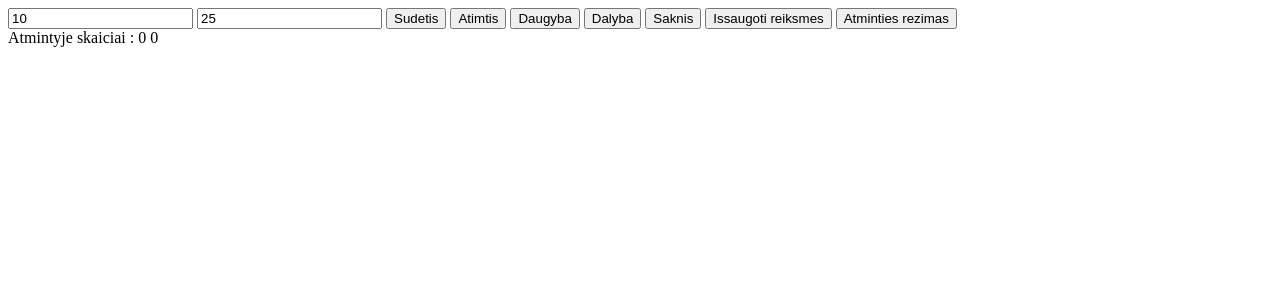
Repository: motiejus1/25-paskaita-05.31
Page: index.html
These files come from the project's save history. The page is drawn as it stood at one moment and after the next save; the edit follows.
The browser window is 1280 px wide. The pictures show the whole page.

Above is the page before, as saved 2021-07-13 19:36:07.

### index.html
<!DOCTYPE html>
<html lang="en">
<head>
    <meta charset="UTF-8">
    <meta http-equiv="X-UA-Compatible" content="IE=edge">
    <meta name="viewport" content="width=device-width, initial-scale=1.0">
    <title>25 paskaita</title>
</head>
<body>

    <input type="text" id="sk" name="sk" value="10">
    <input type="text" id="sk1" name="sk1" value="25">

    <button id="sudetis">Sudetis</button>
    <button id="atimtis">Atimtis</button>
    <button id="daugyba">Daugyba</button>
    <button id="dalyba">Dalyba</button>
    <button id="saknis">Saknis</button>
    <button id="issaugok">Issaugoti reiksmes</button>
    <button id="atmintis">Atminties rezimas</button>

    <div id="rezultatas">

    </div>

    <div id="skaiciai-atmintyje">
        Atmintyje skaiciai : 0 0 <br>
    </div>

    <div id="statusas">

    </div>

    <script>
    "use strict";

    //Skaiciuotuvas, kuris gali atimti, sudeti, sudauginti, padalinti, istraukti sakni
    // Jis turi atminti
    //Ka daryti norint atlikti veiksma ne su ivestais skaiciais, o esanciais atmintyje?

    //Susikurti naujus metodus: sudetis -> sudetisAtmintis

    // rezimas.
    // rezimas reiksmes gali buti tiesa arba melas
    // jeigu tiesa - skaiciuotuvas veikia iprastai
    // jeigu melas - skaiciuotuvas ima reiksmes is atminties

    //Susikurti objekta

    var skaiciuotuvas = {
        a: 0, //paimti is input
        b: 0, //paimti is input
        rezultatas: 0,
        rezimas: true,

        sudetis: function(sk, sk1) {
            if(this.rezimas == true) {
                this.rezultatas = sk + sk1;
            } else {
                this.rezultatas = this.a + this.b;
            }
            return this.rezultatas;
        },

        sudetisAtmintis: function() {
            this.rezultatas = this.a + this.b;
            return this.rezultatas;
        },

        atimtis: function(sk, sk1) {
            if(this.rezimas == true) {
                this.rezultatas = sk - sk1;
            } else {
                this.rezultatas = this.a - this.b;
            }
            return this.rezultatas;
        },
        sandauga: function(sk, sk1) {
            if(this.rezimas == true) {
                this.rezultatas = sk * sk1;
            } else {
                this.rezultatas = this.a * this.b;
            }
            return this.rezultatas;
        },
        dalyba: function(sk, sk1) {
            if(this.rezimas == true) {
                this.rezultatas = sk / sk1;
            } else {
                this.rezultatas = this.a / this.b;
            }
            return this.rezultatas;
        },
        saknis: function(sk, sk1) {
            if(this.rezimas == true) {
                this.rezultatas = Math.sqrt(sk);
            } else {
                this.rezultatas = Math.sqrt(this.a);
            }
            return this.rezultatas;
        },
        issaugok: function(sk, sk1) {
            this.a = sk;
            this.b = sk1;
        },
        atmintis: function() {
            this.rezimas = !this.rezimas;

            // tiesa -> false
            //false -> tiesa
        }
    };

    document.querySelector("#sudetis").addEventListener("click", function() {
        var sk = parseFloat(document.querySelector("#sk").value);
        var sk1 = parseFloat(document.querySelector("#sk1").value);
        var isvedimoElementas = document.querySelector("#rezultatas");
        isvedimoElementas.innerHTML = skaiciuotuvas.sudetis(sk, sk1);
    });

    document.querySelector("#atimtis").addEventListener("click", function() {
        var sk = parseFloat(document.querySelector("#sk").value);
        var sk1 = parseFloat(document.querySelector("#sk1").value);
        var isvedimoElementas = document.querySelector("#rezultatas");
        isvedimoElementas.innerHTML = skaiciuotuvas.atimtis(sk, sk1);
    });

    document.querySelector("#daugyba").addEventListener("click", function() {
        var sk = parseFloat(document.querySelector("#sk").value);
        var sk1 = parseFloat(document.querySelector("#sk1").value);
        var isvedimoElementas = document.querySelector("#rezultatas");
        isvedimoElementas.innerHTML = skaiciuotuvas.sandauga(sk, sk1);
    });

    document.querySelector("#dalyba").addEventListener("click", function() {
        var sk = parseFloat(document.querySelector("#sk").value);
        var sk1 = parseFloat(document.querySelector("#sk1").value);
        var isvedimoElementas = document.querySelector("#rezultatas");
        isvedimoElementas.innerHTML = skaiciuotuvas.dalyba(sk, sk1);
    });

    document.querySelector("#saknis").addEventListener("click", function() {
        var sk = parseFloat(document.querySelector("#sk").value);
        var sk1 = parseFloat(document.querySelector("#sk1").value);
        var isvedimoElementas = document.querySelector("#rezultatas");
        isvedimoElementas.innerHTML = skaiciuotuvas.saknis(sk, sk1);
    });

    document.querySelector("#issaugok").addEventListener("click", function() {
        var sk = parseFloat(document.querySelector("#sk").value);
        var sk1 = parseFloat(document.querySelector("#sk1").value);
        skaiciuotuvas.issaugok(sk, sk1);

        var atmintiesSkaiciai = document.querySelector("#skaiciai-atmintyje");

        atmintiesSkaiciai.innerHTML += "Atmintyje skaiciai :" + skaiciuotuvas.a + " " + skaiciuotuvas.b + "<br>" ;

    });

    document.querySelector("#atmintis").addEventListener("click", function() {

        skaiciuotuvas.atmintis();

        var atmintiesSkaiciai = document.querySelector("#skaiciai-atmintyje");

        atmintiesSkaiciai.innerHTML += "Atmintyje skaiciai :" + skaiciuotuvas.a + " " + skaiciuotuvas.b + "<br>" ;

    });








    // console.log(skaiciuotuvas.sudetis(10, 15));
    // console.log(skaiciuotuvas.atimtis(10, 15));
    // console.log(skaiciuotuvas.sandauga(10, 15));
    // console.log(skaiciuotuvas.dalyba(10, 15));
    // console.log(skaiciuotuvas.saknis(10, 15));

    // console.log(skaiciuotuvas.sudetisAtmintis());// ? 0
    // skaiciuotuvas.issaugok(10, 15);
    // console.log(skaiciuotuvas.sudetisAtmintis()); // ? 25


    // console.log(skaiciuotuvas.a);
    // console.log(skaiciuotuvas.b);

    // console.log(skaiciuotuvas.sudetis(10, 15));// ? 25
    // skaiciuotuvas.issaugok(100, 200);
    // skaiciuotuvas.atmintis();
    // console.log(skaiciuotuvas.sudetis(10, 15));// ? 300 ?
    // skaiciuotuvas.atmintis();
    // console.log(skaiciuotuvas.sudetis(10, 15)); // 25

    </script>
</body>
</html>

After the next save:
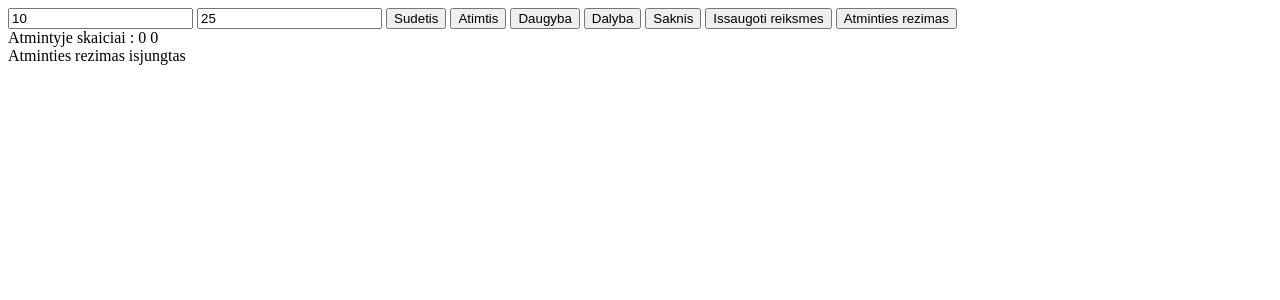
Saved 12 s later.
--- a/index.html
+++ b/index.html
@@ -28,7 +28,7 @@
     </div>
 
     <div id="statusas">
-
+        Atminties rezimas isjungtas
     </div>
 
     <script>
